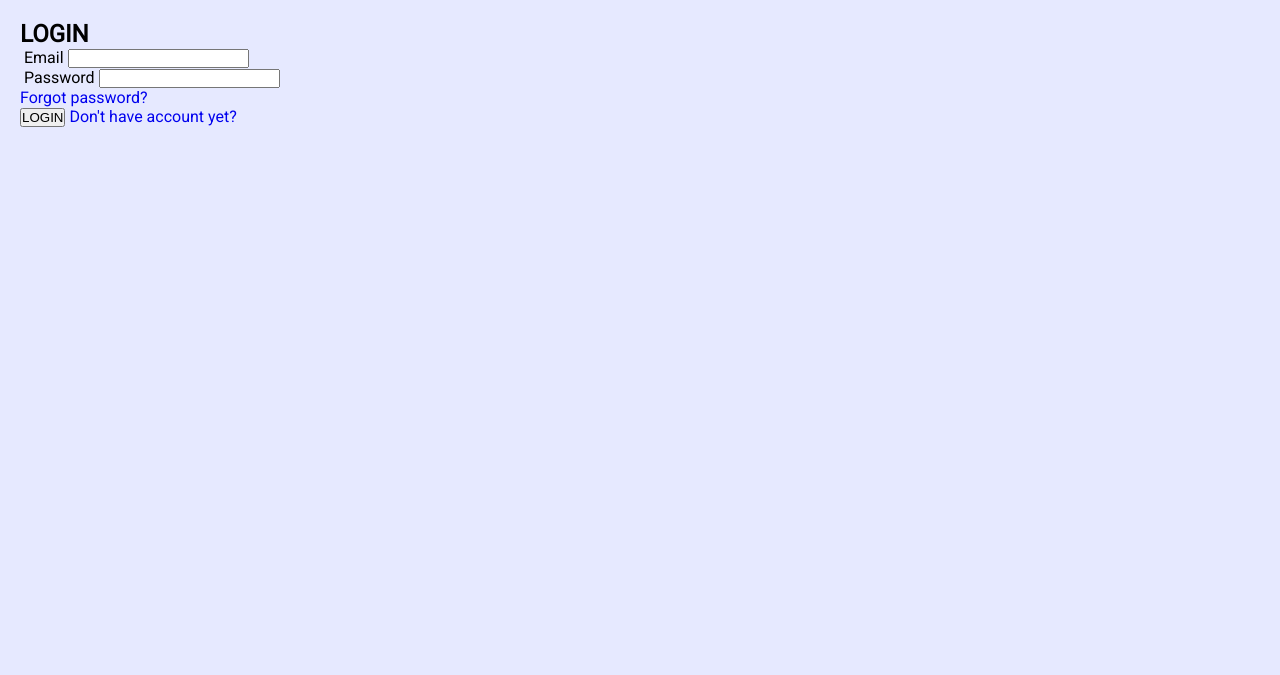
Repository: satyam12116/chat
Page: public/index.html
These files come from the project's save history. The page is drawn as it stood at one moment and after the next save; the edit follows.
The browser window is 1280 px wide. The pictures show the whole page.
Some web libraries are served in a nearby version.

Above is the page before, as saved 2023-03-26 10:47:34.

After the next save:
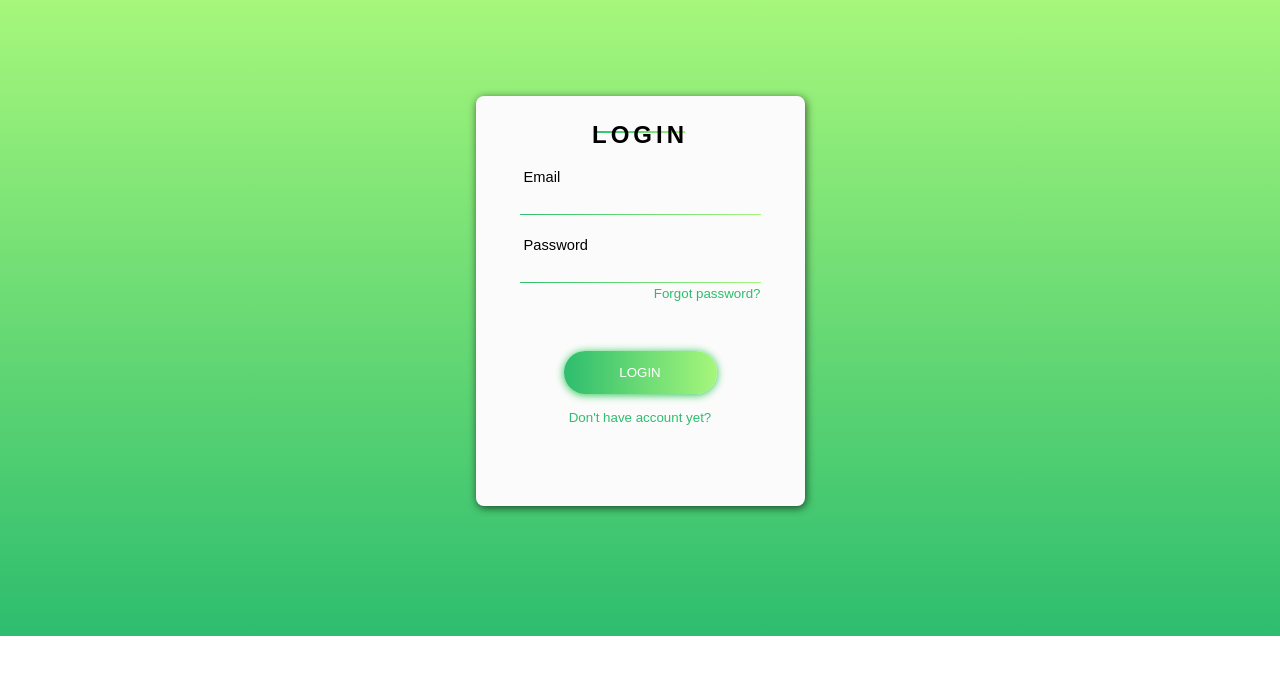
Saved 19 s later.
--- a/public/css/style.css
+++ b/public/css/style.css
@@ -251,3 +251,85 @@ a {
     50% { background-position: 400% 0; }
     100% { background-position: 0 0; }
 }
+a {
+	text-decoration: none;
+  }
+  body {
+	background: -webkit-linear-gradient(bottom, #2dbd6e, #a6f77b);
+	background-repeat: no-repeat;
+  }
+  label {
+	font-family: "Raleway", sans-serif;
+	font-size: 11pt;
+  }
+  #forgot-pass {
+	color: #2dbd6e;
+	font-family: "Raleway", sans-serif;
+	font-size: 10pt;
+	margin-top: 3px;
+	text-align: right;
+  }
+  #card {
+	background: #fbfbfb;
+	border-radius: 8px;
+	box-shadow: 1px 2px 8px rgba(0, 0, 0, 0.65);
+	height: 410px;
+	margin: 6rem auto 8.1rem auto;
+	width: 329px;
+  }
+  #card-content {
+	padding: 12px 44px;
+  }
+  #card-title {
+	font-family: "Raleway Thin", sans-serif;
+	letter-spacing: 4px;
+	padding-bottom: 23px;
+	padding-top: 13px;
+	text-align: center;
+  }
+  #signup {
+	color: #2dbd6e;
+	font-family: "Raleway", sans-serif;
+	font-size: 10pt;
+	margin-top: 16px;
+	text-align: center;
+  }
+  #submit-btn {
+	background: -webkit-linear-gradient(right, #a6f77b, #2dbd6e);
+	border: none;
+	border-radius: 21px;
+	box-shadow: 0px 1px 8px #24c64f;
+	cursor: pointer;
+	color: white;
+	font-family: "Raleway SemiBold", sans-serif;
+	height: 42.3px;
+	margin: 0 auto;
+	margin-top: 50px;
+	transition: 0.25s;
+	width: 153px;
+  }
+  #submit-btn:hover {
+	box-shadow: 0px 1px 18px #24c64f;
+  }
+  .form {
+	align-items: left;
+	display: flex;
+	flex-direction: column;
+  }
+  .form-border {
+	background: -webkit-linear-gradient(right, #a6f77b, #2ec06f);
+	height: 1px;
+	width: 100%;
+  }
+  .form-content {
+	background: #fbfbfb;
+	border: none;
+	outline: none;
+	padding-top: 14px;
+  }
+  .underline-title {
+	background: -webkit-linear-gradient(right, #a6f77b, #2ec06f);
+	height: 2px;
+	margin: -1.1rem auto 0 auto;
+	width: 89px;
+  }
